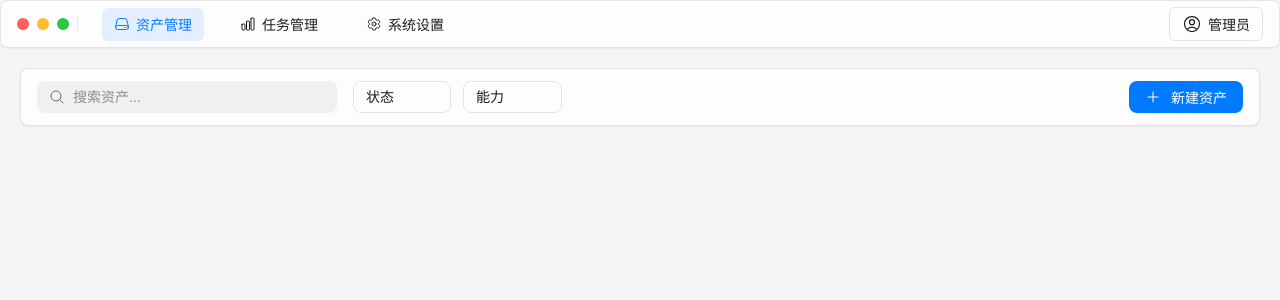
Repository: SmartRick/RLT
Page: / (app in fronted-ui/)
An editor plug-in stored every save of this project. The page is shown before and after the next save, followed by the edit.
The browser window is 1280 px wide. The pictures show the whole page.
The page's requests for data from a server got no answer. The project was rebuilt for these pictures with package versions that can differ from the ones it lists, and the page was loaded fresh each time. No one was signed in, and anything a server would have sent is missing. Also part of the build but not shown: fronted-ui/vite.config.js, fronted-ui/vue.config.js, fronted-ui/src/components/common/SwitchButton.vue.

Above is the page before, as saved 2025-01-05 18:15:09.

### fronted-ui/src/App.vue
<template>
  <app-layout />
</template>

<script>
import AppLayout from '@/components/layout/AppLayout.vue'

export default {
  name: 'App',
  components: {
    AppLayout
  }
}
</script>

<style>
* {
  margin: 0;
  padding: 0;
  box-sizing: border-box;
}

body {
  font-family: 'PingFang SC', 'Microsoft YaHei', sans-serif;
  -webkit-font-smoothing: antialiased;
  -moz-osx-font-smoothing: grayscale;
  color: #2c3e50;
}

/* Mac 风格的按钮样式 */
.mac-btn {
  background: linear-gradient(to bottom, #ffffff 0%, #f7f7f7 100%);
  border: 1px solid #dcdfe6;
  border-radius: 6px;
  padding: 8px 15px;
  font-size: 14px;
  color: #606266;
  cursor: pointer;
  transition: all 0.3s ease;
}

.mac-btn:hover {
  background: linear-gradient(to bottom, #f7f7f7 0%, #f0f0f0 100%);
  transform: translateY(-1px);
  box-shadow: 0 2px 4px rgba(0,0,0,0.1);
}

/* Mac 风格的卡片样式 */
.mac-card {
  background: white;
  border-radius: 10px;
  box-shadow: 0 2px 12px 0 rgba(0,0,0,0.1);
  padding: 20px;
  transition: all 0.3s ease;
}

.mac-card:hover {
  transform: translateY(-2px);
  box-shadow: 0 4px 16px 0 rgba(0,0,0,0.15);
}
</style>

### fronted-ui/src/assets/styles/global.css
:root {
  /* 颜色系统 */
  --primary-color: #0A84FF;
  --success-color: #32D74B;
  --warning-color: #FF9F0A;
  --danger-color: #FF453A;
  --info-color: #64D2FF;

  /* 文本颜色 */
  --text-primary: #000000;
  --text-secondary: #6B6B6B;
  --text-tertiary: #8E8E93;

  /* 背景颜色 */
  --background-primary: #F5F5F7;
  --background-secondary: #FFFFFF;
  --background-tertiary: #F2F2F7;

  /* 边框颜色 */
  --border-color: #D2D2D7;
  --border-color-light: #E5E5EA;

  /* 阴影 */
  --shadow-sm: 0 1px 2px rgba(0, 0, 0, 0.05);
  --shadow-md: 0 4px 6px -1px rgba(0, 0, 0, 0.1), 0 2px 4px -1px rgba(0, 0, 0, 0.06);
  --shadow-lg: 0 10px 15px -3px rgba(0, 0, 0, 0.1), 0 4px 6px -2px rgba(0, 0, 0, 0.05);

  /* 圆角 */
  --radius-sm: 6px;
  --radius-md: 8px;
  --radius-lg: 12px;

  /* 动画 */
  --transition-speed: 0.2s;

  /* 间距 */
  --spacing-1: 4px;
  --spacing-2: 8px;
  --spacing-3: 12px;
  --spacing-4: 16px;
  --spacing-5: 20px;
  --spacing-6: 24px;
}

/* 基础样式重置 */
* {
  margin: 0;
  padding: 0;
  box-sizing: border-box;
  -webkit-font-smoothing: antialiased;
  -moz-osx-font-smoothing: grayscale;
}

body {
  font-family: -apple-system, BlinkMacSystemFont, 'SF Pro Text', 'Helvetica Neue', sans-serif;
  background-color: var(--background-primary);
  color: var(--text-primary);
  line-height: 1.5;
}

/* 通用卡片样式 */
.mac-card {
  background: var(--background-secondary);
  border-radius: var(--radius-md);
  box-shadow: var(--shadow-sm);
  border: 1px solid var(--border-color-light);
  backdrop-filter: blur(20px);
  transition: transform var(--transition-speed),
              box-shadow var(--transition-speed);
}

.mac-card:hover {
  transform: translateY(-2px);
  box-shadow: var(--shadow-md);
}

/* 按钮样式 */
.mac-btn {
  padding: var(--spacing-2) var(--spacing-4);
  border-radius: var(--radius-sm);
  font-size: 14px;
  font-weight: 500;
  border: 1px solid var(--border-color);
  background: var(--background-secondary);
  color: var(--text-primary);
  cursor: pointer;
  display: inline-flex;
  align-items: center;
  justify-content: center;
  gap: var(--spacing-2);
  transition: all var(--transition-speed);
}

.mac-btn:hover {
  background: var(--background-tertiary);
  border-color: var(--border-color);
}

.mac-btn.primary {
  background: var(--primary-color);
  border-color: var(--primary-color);
  color: white;
}

.mac-btn.primary:hover {
  background: color-mix(in srgb, var(--primary-color) 90%, black);
  border-color: color-mix(in srgb, var(--primary-color) 90%, black);
}

/* 输入框样式 */
.mac-input {
  padding: var(--spacing-2) var(--spacing-3);
  border-radius: var(--radius-sm);
  border: 1px solid var(--border-color);
  font-size: 14px;
  background: var(--background-secondary);
  transition: all var(--transition-speed);
  width: 100%;
}

.mac-input:focus {
  outline: none;
  border-color: var(--primary-color);
  box-shadow: 0 0 0 3px color-mix(in srgb, var(--primary-color) 20%, transparent);
}

/* 下拉框样式 */
.mac-select {
  padding: var(--spacing-2) var(--spacing-3);
  border-radius: var(--radius-sm);
  border: 1px solid var(--border-color);
  font-size: 14px;
  background: var(--background-secondary);
  cursor: pointer;
  transition: all var(--transition-speed);
}

.mac-select:focus {
  outline: none;
  border-color: var(--primary-color);
  box-shadow: 0 0 0 3px color-mix(in srgb, var(--primary-color) 20%, transparent);
}

/* 模态框样式 */
.modal-wrapper {
  width: 600px;
  max-width: 90vw;
  max-height: 85vh;
  display: flex;
  flex-direction: column;
  background: var(--background-secondary);
  border-radius: var(--radius-lg);
  box-shadow: var(--shadow-lg);
  overflow: hidden;
}

.modal-header {
  padding: var(--spacing-4) var(--spacing-6);
  border-bottom: 1px solid var(--border-color-light);
}

.modal-body {
  padding: var(--spacing-6);
  overflow-y: auto;
}

.modal-footer {
  padding: var(--spacing-4) var(--spacing-6);
  border-top: 1px solid var(--border-color-light);
  display: flex;
  justify-content: flex-end;
  gap: var(--spacing-3);
}

/* 表单样式 */
.form-section {
  background: var(--background-tertiary);
  border-radius: var(--radius-md);
  padding: var(--spacing-4);
  margin-bottom: var(--spacing-4);
}

.form-item {
  margin-bottom: var(--spacing-4);
}

.form-item label {
  display: block;
  margin-bottom: var(--spacing-2);
  color: var(--text-secondary);
  font-size: 14px;
}

.form-row {
  display: grid;
  grid-template-columns: 1fr 1fr;
  gap: var(--spacing-4);
}

/* 动画 */
@keyframes slideUp {
  from {
    transform: translateY(20px);
    opacity: 0;
  }
  to {
    transform: translateY(0);
    opacity: 1;
  }
}

.modal-enter-active {
  animation: slideUp var(--transition-speed) ease-out;
}

.modal-leave-active {
  animation: slideUp var(--transition-speed) ease-in reverse;
}

### fronted-ui/src/components/layout/AppLayout.vue
<template>
  <div class="app-layout">
    <header class="top-bar mac-card">
      <div class="left-section">
        <div class="window-controls">
          <span class="control close"></span>
          <span class="control minimize"></span>
          <span class="control maximize"></span>
        </div>
        <nav class="main-nav">
          <router-link
            v-for="route in mainRoutes"
            :key="route.path"
            :to="route.path"
            class="nav-item"
            :class="{ active: currentRoute === route.path }"
          >
            <component :is="route.icon" class="nav-icon" />
            {{ route.name }}
          </router-link>
        </nav>
      </div>

      <div class="right-section">
        <button class="user-menu mac-btn">
          <UserCircleIcon class="user-icon" />
          管理员
        </button>
      </div>
    </header>

    <main class="main-content">
      <router-view></router-view>
    </main>
  </div>
</template>

<script setup>
import { computed } from 'vue'
import { useRoute } from 'vue-router'
import {
  UserCircleIcon,
  ServerIcon,
  Cog6ToothIcon,
  ChartBarIcon
} from '@heroicons/vue/24/outline'

const route = useRoute()
const currentRoute = computed(() => route.path)

const mainRoutes = [
  { path: '/assets', name: '资产管理', icon: ServerIcon },
  { path: '/tasks', name: '任务管理', icon: ChartBarIcon },
  { path: '/settings', name: '系统设置', icon: Cog6ToothIcon }
]
</script>

<style scoped>
.app-layout {
  height: 100vh;
  display: flex;
  flex-direction: column;
  background: #f5f5f7;
}

.top-bar {
  height: 48px;
  padding: 0 16px;
  display: flex;
  justify-content: space-between;
  align-items: center;
  background: rgba(255, 255, 255, 0.8);
  backdrop-filter: blur(12px);
  border-bottom: 1px solid rgba(0, 0, 0, 0.1);
  position: relative;
  z-index: 100;
}

.left-section {
  display: flex;
  align-items: center;
  gap: 24px;
}

.window-controls {
  display: flex;
  gap: 8px;
  padding-right: 8px;
  border-right: 1px solid rgba(0, 0, 0, 0.1);
}

.control {
  width: 12px;
  height: 12px;
  border-radius: 50%;
  cursor: pointer;
  transition: all 0.2s ease;
}

.control.close {
  background: #ff5f57;
}

.control.minimize {
  background: #febc2e;
}

.control.maximize {
  background: #28c840;
}

.control:hover {
  filter: brightness(0.9);
}

.main-nav {
  display: flex;
  gap: 24px;
}

.nav-item {
  display: flex;
  align-items: center;
  gap: 6px;
  color: #1c1c1e;
  text-decoration: none;
  font-size: 14px;
  padding: 6px 12px;
  border-radius: 6px;
  transition: all 0.2s ease;
}

.nav-item:hover {
  background: rgba(0, 0, 0, 0.05);
}

.nav-item.active {
  background: rgba(0, 122, 255, 0.1);
  color: #007AFF;
}

.nav-icon {
  width: 16px;
  height: 16px;
}

.right-section {
  display: flex;
  align-items: center;
}

.user-menu {
  display: flex;
  align-items: center;
  gap: 6px;
  padding: 6px 12px;
  border-radius: 6px;
  color: #1c1c1e;
  font-size: 14px;
  background: transparent;
  border: 1px solid rgba(0, 0, 0, 0.1);
  cursor: pointer;
  transition: all 0.2s ease;
}

.user-menu:hover {
  background: rgba(0, 0, 0, 0.05);
}

.user-icon {
  width: 20px;
  height: 20px;
  color: #1c1c1e;
}

.main-content {
  flex: 1;
  overflow: hidden;
  position: relative;
}

/* 响应式布局 */
@media (max-width: 768px) {
  .window-controls {
    display: none;
  }

  .main-nav {
    gap: 12px;
  }

  .nav-item {
    padding: 6px 8px;
  }

  .nav-item span {
    display: none;
  }
}
</style>

### fronted-ui/src/components/common/Modal.vue
<template>
  <transition name="modal-backdrop">
    <div v-if="modelValue" class="modal-overlay" @click="close">
      <transition name="modal">
        <div class="modal-wrapper mac-card" @click.stop>
          <div class="modal-header">
            <h3 class="modal-title">{{ title }}</h3>
            <button class="close-btn" @click="close">
              <XMarkIcon class="close-icon" />
            </button>
          </div>

          <div class="modal-body">
            <slot name="body"></slot>
          </div>

          <div class="modal-footer">
            <slot name="footer">
              <button class="mac-btn" @click="close">取消</button>
              <button class="mac-btn primary" @click="$emit('confirm')">确认</button>
            </slot>
          </div>
        </div>
      </transition>
    </div>
  </transition>
</template>

<script>
import { XMarkIcon } from '@heroicons/vue/24/outline'

export default {
  name: 'BaseModal',
  components: {
    XMarkIcon
  },
  props: {
    modelValue: Boolean,
    title: String
  },
  emits: ['update:modelValue'],
  methods: {
    close() {
      this.$emit('update:modelValue', false)
    }
  }
}
</script>

<style scoped>
.modal-overlay {
  position: fixed;
  top: 0;
  left: 0;
  right: 0;
  bottom: 0;
  background: rgba(0, 0, 0, 0.3);
  backdrop-filter: blur(5px);
  display: flex;
  align-items: center;
  justify-content: center;
  z-index: 1000;
}

.modal-wrapper {
  width: 600px;
  max-width: 90vw;
  max-height: 85vh;
  margin: var(--spacing-6);
  background: var(--background-secondary);
  border-radius: var(--radius-lg);
  overflow: hidden;
}

.modal-header {
  padding: var(--spacing-4) var(--spacing-6);
  border-bottom: 1px solid var(--border-color-light);
  display: flex;
  align-items: center;
  justify-content: space-between;
}

.modal-title {
  font-size: 18px;
  font-weight: 600;
  color: var(--text-primary);
  margin: 0;
}

.close-btn {
  width: 28px;
  height: 28px;
  border: none;
  background: transparent;
  border-radius: 50%;
  cursor: pointer;
  display: flex;
  align-items: center;
  justify-content: center;
  color: var(--text-tertiary);
  transition: all var(--transition-speed);
}

.close-btn:hover {
  background: var(--background-tertiary);
  color: var(--text-primary);
}

.close-icon {
  width: 20px;
  height: 20px;
}

.modal-body {
  padding: var(--spacing-6);
  overflow-y: auto;
}

.modal-footer {
  padding: var(--spacing-4) var(--spacing-6);
  border-top: 1px solid var(--border-color-light);
  display: flex;
  justify-content: flex-end;
  gap: var(--spacing-3);
}

/* 动画 */
.modal-backdrop-enter-active,
.modal-backdrop-leave-active {
  transition: opacity var(--transition-speed);
}

.modal-backdrop-enter-from,
.modal-backdrop-leave-to {
  opacity: 0;
}

.modal-enter-active,
.modal-leave-active {
  transition: all var(--transition-speed);
}

.modal-enter-from,
.modal-leave-to {
  opacity: 0;
  transform: scale(0.95);
}
</style>

Loaded but not shown: fronted-ui/public/index.html (common file); fronted-ui/src/router/index.js (54 lines, source omitted); fronted-ui/src/api/asset.js (48 lines, source omitted); fronted-ui/src/utils/request.js (42 lines, source omitted); fronted-ui/src/main.js (15 lines, source omitted); fronted-ui/src/utils/date.js (11 lines, source omitted); fronted-ui/src/views/Assets.vue (1212 lines, source omitted)

After the next save:
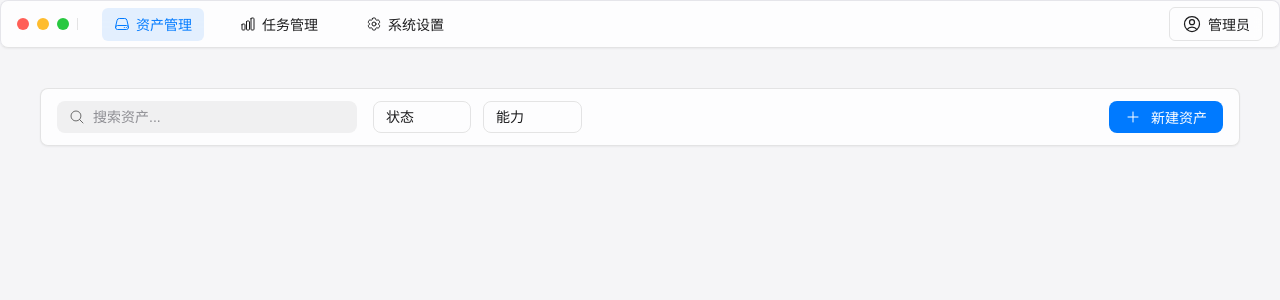
Saved 2 min 0 s later.
--- a/fronted-ui/src/App.vue
+++ b/fronted-ui/src/App.vue
@@ -2,15 +2,8 @@
   <app-layout />
 </template>
 
-<script>
+<script setup>
 import AppLayout from '@/components/layout/AppLayout.vue'
-
-export default {
-  name: 'App',
-  components: {
-    AppLayout
-  }
-}
 </script>
 
 <style>
@@ -25,6 +18,7 @@ body {
   -webkit-font-smoothing: antialiased;
   -moz-osx-font-smoothing: grayscale;
   color: #2c3e50;
+  background: #f5f5f7;
 }
 
 /* Mac 风格的按钮样式 */
--- a/fronted-ui/src/components/layout/AppLayout.vue
+++ b/fronted-ui/src/components/layout/AppLayout.vue
@@ -13,7 +13,7 @@
             :key="route.path"
             :to="route.path"
             class="nav-item"
-            :class="{ active: currentRoute === route.path }"
+            :class="{ active: isRouteActive(route.path) }"
           >
             <component :is="route.icon" class="nav-icon" />
             {{ route.name }}
@@ -30,7 +30,11 @@
     </header>
 
     <main class="main-content">
-      <router-view></router-view>
+      <router-view v-slot="{ Component }">
+        <transition name="fade" mode="out-in">
+          <component :is="Component" />
+        </transition>
+      </router-view>
     </main>
   </div>
 </template>
@@ -48,11 +52,20 @@ import {
 const route = useRoute()
 const currentRoute = computed(() => route.path)
 
+// 路由配置
 const mainRoutes = [
   { path: '/assets', name: '资产管理', icon: ServerIcon },
   { path: '/tasks', name: '任务管理', icon: ChartBarIcon },
   { path: '/settings', name: '系统设置', icon: Cog6ToothIcon }
 ]
+
+// 判断路由是否激活
+const isRouteActive = (path) => {
+  if (path === '/assets' && currentRoute.value === '/') {
+    return true
+  }
+  return currentRoute.value === path
+}
 </script>
 
 <style scoped>
@@ -175,8 +188,10 @@ const mainRoutes = [
 
 .main-content {
   flex: 1;
-  overflow: hidden;
+  overflow: auto;
+  padding: 20px;
   position: relative;
+  background: #f5f5f7;
 }
 
 /* 响应式布局 */
@@ -197,4 +212,15 @@ const mainRoutes = [
     display: none;
   }
 }
+
+/* 添加过渡动画 */
+.fade-enter-active,
+.fade-leave-active {
+  transition: opacity 0.2s ease;
+}
+
+.fade-enter-from,
+.fade-leave-to {
+  opacity: 0;
+}
 </style>
